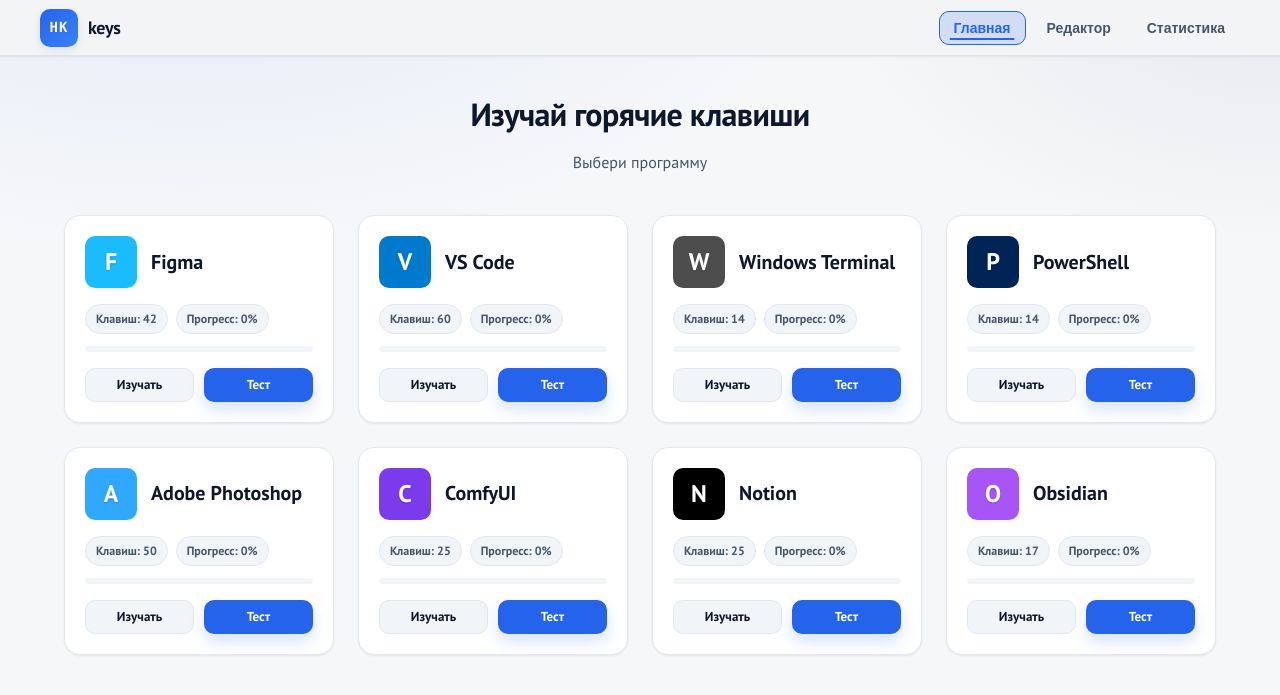
Repository: looksawful/Keys
Page: src/renderer/index.html
The author's editor kept a copy of each file at every save. The page is drawn from the files as they stood at one save, then again after the next save.
The browser window is 1280 px wide. The pictures show the whole page.
Some web fonts or font styles are not loaded; a fallback is used.

Above is the page before, as saved 2026-01-11 18:45:36.

After the next save:
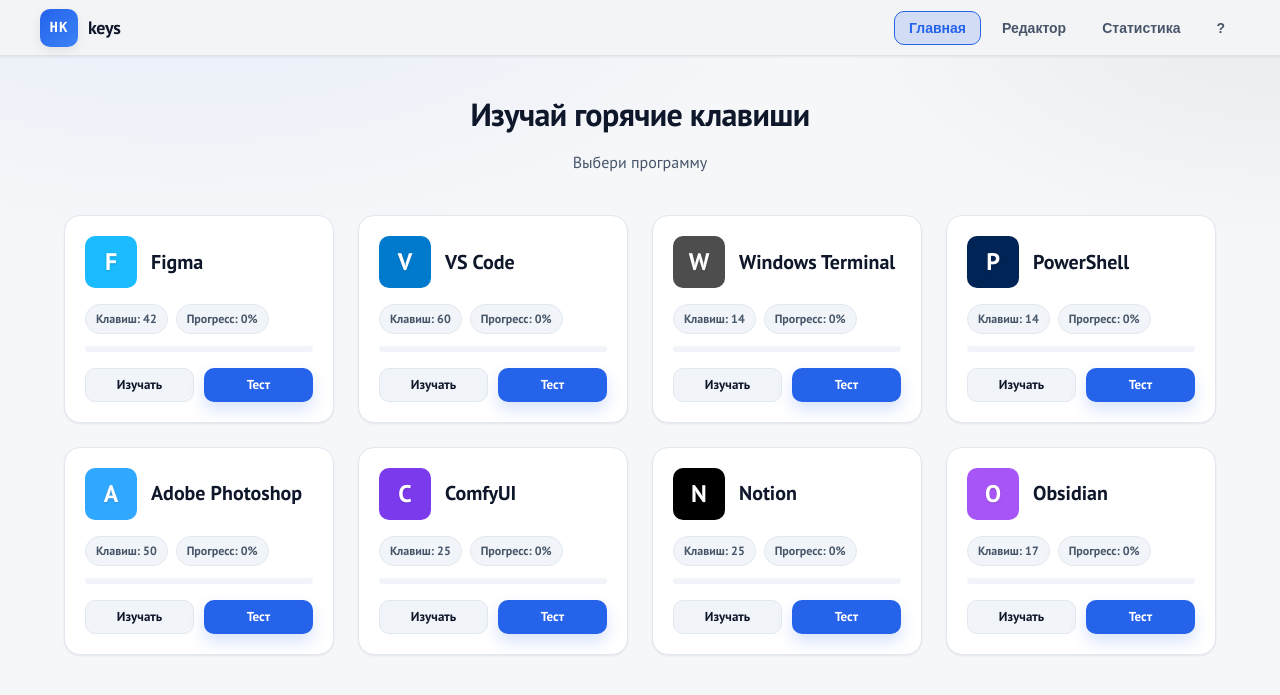
Saved 10 s later.
--- a/src/renderer/app.js
+++ b/src/renderer/app.js
@@ -116,13 +116,14 @@
     ensureSelectedProgram();
     ensureEditorProgram();
     document.getElementById('nav').innerHTML = `
-      <button class="app-nav-link${view === 'home' ? ' active' : ''}" data-action="go" data-view="home">Главная</button>
+      <button class="app-nav-link${view === 'home' ? ' active' : ''}" data-action="go" data-view="home" data-tooltip="Ctrl+H">Главная</button>
       <button class="app-nav-link${
         view === 'editor' ? ' active' : ''
-      }" data-action="go" data-view="editor">Редактор</button>
+      }" data-action="go" data-view="editor" data-tooltip="Ctrl+E">Редактор</button>
       <button class="app-nav-link${
         view === 'stats' ? ' active' : ''
-      }" data-action="go" data-view="stats">Статистика</button>`;
+      }" data-action="go" data-view="stats" data-tooltip="Ctrl+S">Статистика</button>
+      <button class="app-nav-link" data-action="show-help" data-tooltip="Shift+?">?</button>`;
     const m = document.getElementById('main');
     if (view === 'home') m.innerHTML = homeH();
     else if (view === 'study') m.innerHTML = studyH();
